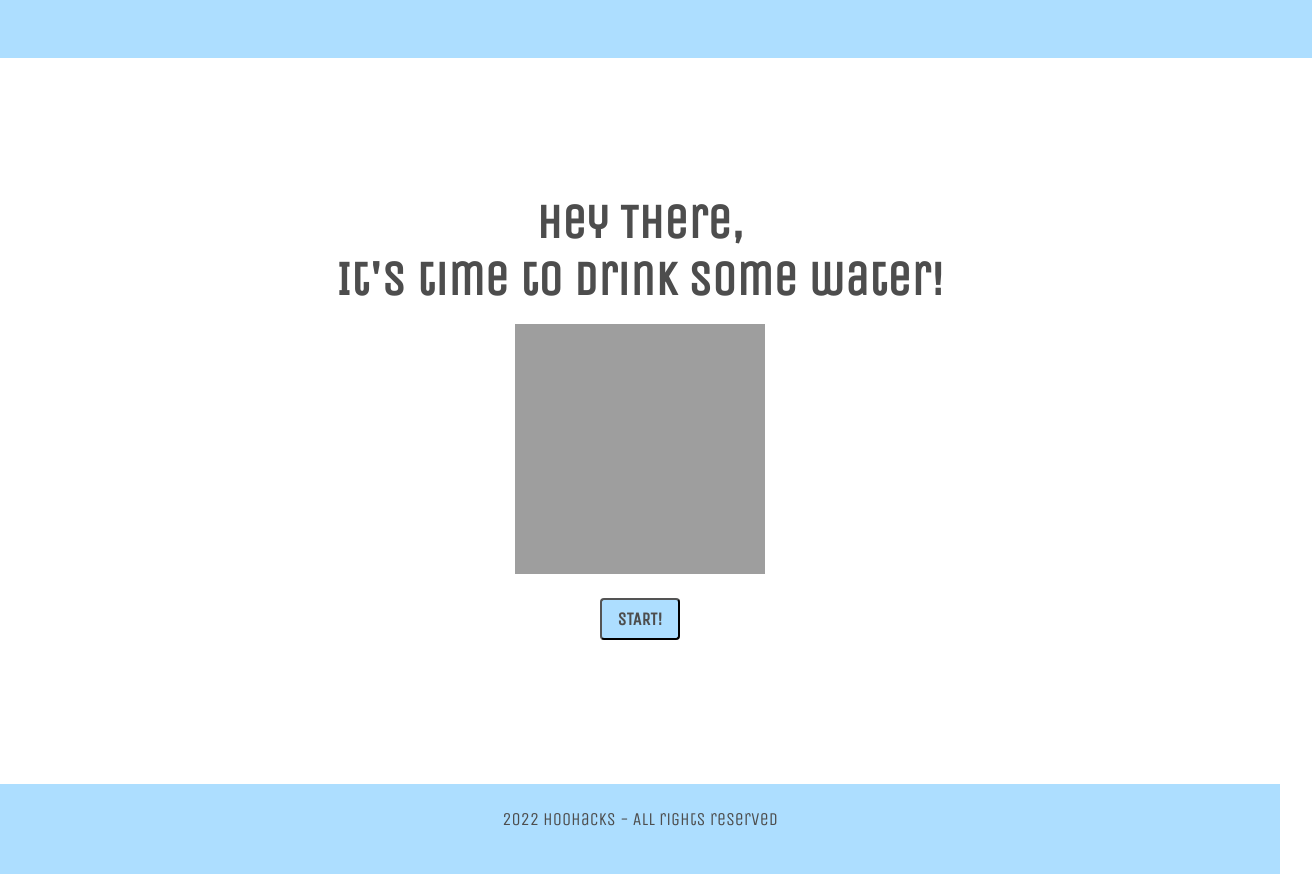
Repository: jennyjjung/H2ODaily
Page: index.html
The author's editor kept a copy of each file at every save. The page is drawn from the files as they stood at one save, then again after the next save.
The browser window is 1280 px wide. The page is 1312 px wide, so the pictures cover 1312 px, including what lies to the right of the window. The pictures show the whole page.
Pictures or frames that could not be fetched are drawn as grey boxes.

Above is the page before, as saved 2022-03-26 16:23:47.

After the next save:
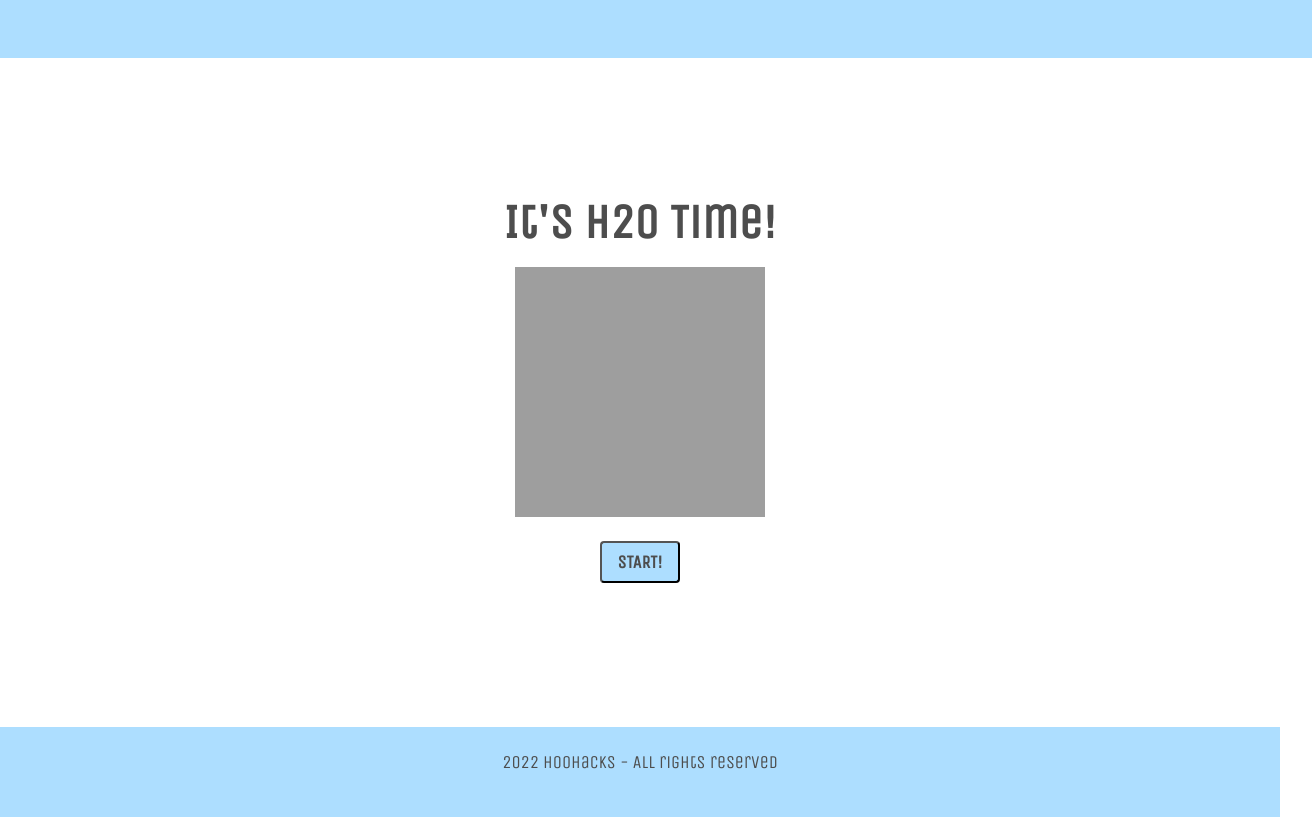
Saved 35 s later.
--- a/index.html
+++ b/index.html
@@ -17,7 +17,7 @@
 
   <section id="home">
     <div class= "home__container">
-      <h1 class="home__title">Hey There, <br>It's time to drink some water! </h1>
+      <h1 class="home__title">It's H2O Time! </h1>
       <img src="images/krusty_krab.png" alt="H2ODaily Logo" class="home__logo">
       <button class="btn__home">START!</button>
     </div>
